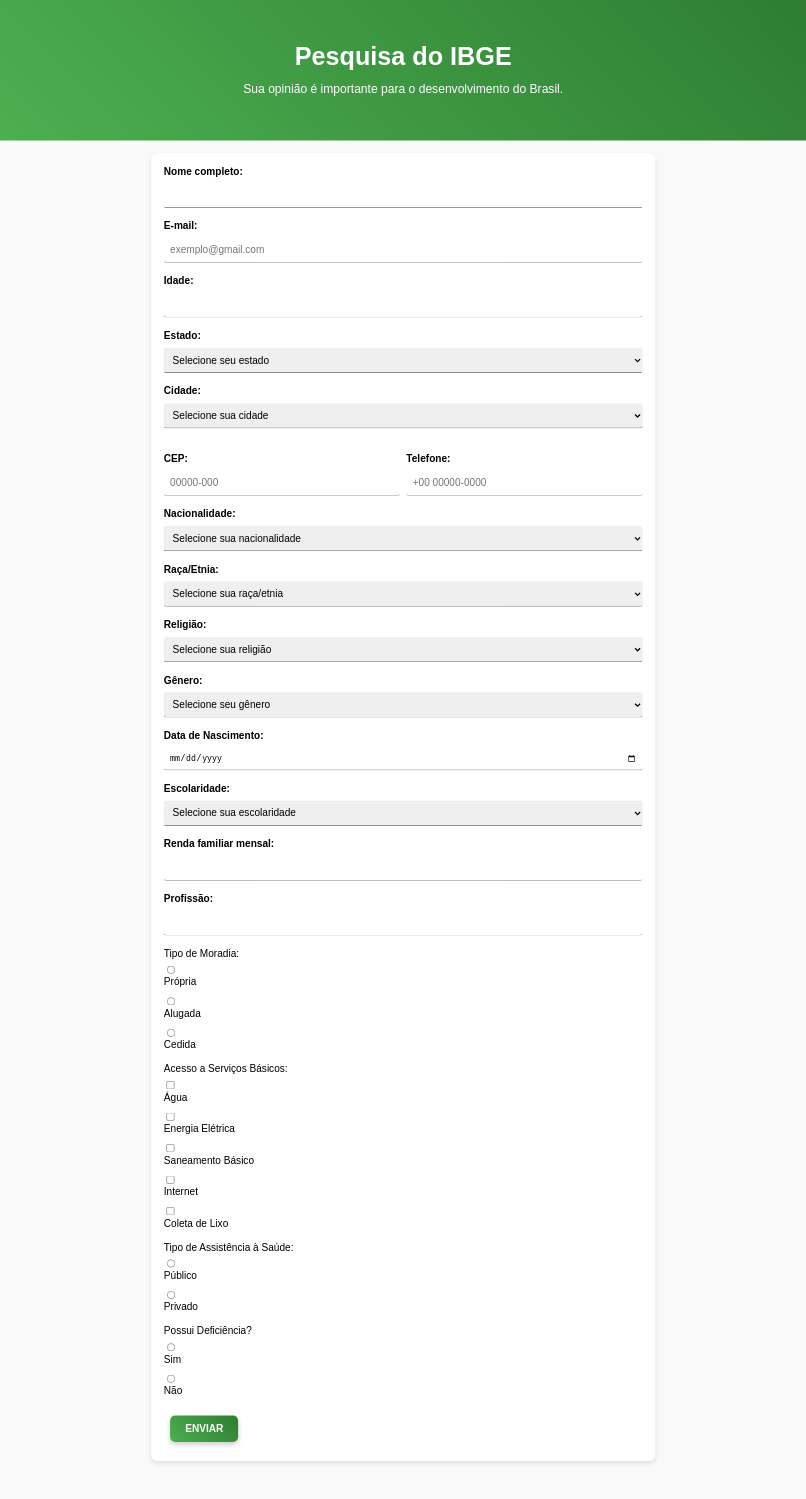
Repository: Gabrielb0rn/Projeto-Formul-rio.io
Page: index.html
These files come from the project's save history. The page is drawn as it stood at one moment and after the next save; the edit follows.
The browser window is 1280 px wide. The pictures show the whole page, at 63% of full size.

Above is the page before, as saved 2024-07-01 08:47:12.

### index.html
<!DOCTYPE html>
<html lang="pt-BR">
<head>
    <meta charset="UTF-8">
    <meta name="viewport" content="width=device-width, initial-scale=1.0">
    <title>Pesquisa do IBGE</title>
    <link rel="stylesheet" href="assets/style.css">
</head>
<body>
    <header>
        <div class="container">
            <h1>Pesquisa do IBGE</h1>
            <p>Sua opinião é importante para o desenvolvimento do Brasil.</p>
        </div>
    </header>
    <main>
        <div class="container">
            <form id="form">
                <div class="form-group">
                    <label for="nome">Nome completo:</label>
                    <input type="text" id="nome" name="nome" required>
                </div>
                <div class="form-group">
                    <label for="email">E-mail:</label>
                    <input type="email" id="email" name="email" required placeholder="exemplo@gmail.com">
                </div>
                <div class="form-group">
                    <label for="idade">Idade:</label>
                    <input type="number" id="idade" name="idade" required>
                </div>
                <div class="form-group">
                    <label for="estado">Estado:</label>
                    <select id="estado" name="estado" required>
                        <option value="">Selecione seu estado</option>
                        <option value="AC">Acre</option>
                        <option value="AL">Alagoas</option>
                        <option value="AP">Amapá</option>
                        <option value="AM">Amazonas</option>
                        <option value="BA">Bahia</option>
                        <option value="CE">Ceará</option>
                        <option value="DF">Distrito Federal</option>
                        <option value="ES">Espírito Santo</option>
                        <option value="GO">Goiás</option>
                        <option value="MA">Maranhão</option>
                        <option value="MG">Minas Gerais</option>
                        <option value="MS">Mato Grosso do Sul</option>
                        <option value="MT">Mato Grosso</option>
                        <option value="PA">Pará</option>
                        <option value="PB">Paraíba</option>
                        <option value="PE">Pernambuco</option>
                        <option value="PI">Piauí</option>
                        <option value="PR">Paraná</option>
                        <option value="RJ">Rio de Janeiro</option>
                        <option value="RN">Rio Grande do Norte</option>
                        <option value="RO">Rondônia</option>
                        <option value="RR">Roraima</option>
                        <option value="RS">Rio Grande do Sul</option>
                        <option value="SC">Santa Catarina</option>
                        <option value="SE">Sergipe</option>
                        <option value="SP">São Paulo</option>
                        <option value="TO">Tocantins</option>
                    </select>
                </div>
                <div class="form-group inline-group">
                    <div class="form-group">
                        <label for="cidade">Cidade:</label>
                        <select id="cidade" name="cidade" required>
                            <option value="">Selecione sua cidade</option>
                        </select>
                    </div>
                </div>
                <div class="form-group inline-group">
                    <div>
                        <label for="cep">CEP:</label>
                        <input type="text" id="cep" name="cep" required placeholder="00000-000">
                    </div>
                    <div>
                        <label for="telefone">Telefone:</label>
                        <input type="tel" id="telefone" name="telefone" required placeholder="+00 00000-0000">
                    </div>
                </div>
                <div class="form-group">
                    <label for="nacionalidade">Nacionalidade:</label>
                    <select id="nacionalidade" name="nacionalidade" required>
                        <option value="">Selecione sua nacionalidade</option>
                        <option value="Brasileiro">Brasileiro</option>
                        <option value="Estrangeiro">Estrangeiro</option>
                    </select>
                </div>
                <div class="form-group">
                    <label for="raca">Raça/Etnia:</label>
                    <select id="raca" name="raca" required>
                        <option value="">Selecione sua raça/etnia</option>
                        <option value="Branca"></option>
                        <option value="Preta"></option>
                        <option value="Parda"></option>
                        <option value="Amarela"></option>
                        <option value="Indígena"></option>
                        <option value="Alien"></option>
                    </select>
                </div>
                <div class="form-group">
                    <label for="religiao">Religião:</label>
                    <select id="religiao" name="religiao" required>
                        <option value="">Selecione sua religião</option>
                        <option value="Católica"></option>
                        <option value="Evangélica"></option>
                        <option value="Espírita"></option>
                        <option value="Outras"></option>
                    </select>
                </div>
                <div class="form-group">
                    <label for="genero">Gênero:</label>
                    <select id="genero" name="genero" required>
                        <option value="">Selecione seu gênero</option>
                        <option value="Masculino">Masculino</option>
                        <option value="Feminino">Feminino</option>
                        <option value="Outro">Outro</option>
                    </select>
                </div>
                <div class="form-group">
                    <label for="data_nascimento">Data de Nascimento:</label>
                    <input type="date" id="data_nascimento" name="data_nascimento" required>
                </div>
                <div class="form-group">
                    <label for="escolaridade">Escolaridade:</label>
                    <select id="escolaridade" name="escolaridade" required>
                        <option value="">Selecione sua escolaridade</option>
                        <option value="Ensino Fundamental Incompleto">Ensino Fundamental Incompleto</option>
                        <option value="Ensino Fundamental Completo">Ensino Fundamental Completo</option>
                        <option value="Ensino Médio Incompleto">Ensino Médio Incompleto</option>
                        <option value="Ensino Médio Completo">Ensino Médio Completo</option>
                        <option value="Superior Incompleto">Superior Incompleto</option>
                        <option value="Superior Completo">Superior Completo</option>
                        <option value="Pós-Graduação">Pós-Graduação</option>
                    </select>
                </div>
                <div class="form-group">
                    <label for="renda">Renda familiar mensal:</label>
                    <input type="number" id="renda" name="renda" required>
                </div>
                <div class="form-group">
                    <label for="profissao">Profissão:</label>
                    <input type="text" id="profissao" name="profissao">
                </div>
                <div class="form-group radio-group">
                    <label>Tipo de Moradia:</label>
                    <div>
                        <input type="radio" id="propria" name="moradia" value="propria">
                        <label for="propria">Própria</label>
                    </div>
                    <div>
                        <input type="radio" id="alugada" name="moradia" value="alugada">
                        <label for="alugada">Alugada</label>
                    </div>
                    <div>
                        <input type="radio" id="cedida" name="moradia" value="cedida">
                        <label for="cedida">Cedida</label>
                    </div>
                </div>
                <div class="form-group checkbox-group">
                    <label>Acesso a Serviços Básicos:</label>
                    <div>
                        <input type="checkbox" id="agua" name="servicos" value="agua">
                        <label for="agua">Água</label>
                    </div>
                    <div>
                        <input type="checkbox" id="energia" name="servicos" value="energia">
                        <label for="energia">Energia Elétrica</label>
                    </div>
                    <div>
                        <input type="checkbox" id="saneamento" name="servicos" value="saneamento">
                        <label for="saneamento">Saneamento Básico</label>
                    </div>
                    <div>
                        <input type="checkbox" id="internet" name="servicos" value="internet">
                        <label for="internet">Internet</label>
                    </div>
                    <div>
                        <input type="checkbox" id="coleta" name="servicos" value="coleta">
                        <label for="coleta">Coleta de Lixo</label>
                    </div>
                </div>
                <div class="form-group radio-group">
                    <label>Tipo de Assistência à Saúde:</label>
                    <div>
                        <input type="radio" id="publico" name="saude" value="publico">
                        <label for="publico">Público</label>
                    </div>
                    <div>
                        <input type="radio" id="privado" name="saude" value="privado">
                        <label for="privado">Privado</label>
                    </div>
                </div>
                <div class="form-group radio-group">
                    <label>Possui Deficiência?</label>
                    <div>
                        <input type="radio" id="sim" name="deficiencia" value="sim">
                        <label for="sim">Sim</label>
                    </div>
                    <div>
                        <input type="radio" id="nao" name="deficiencia" value="nao">
                        <label for="nao">Não</label>
                    </div>
                </div>
                <button type="submit" class="btn">Enviar</button>
            </form>
        </div>
    </main>
    <script src="assets\scripts.js"></script>
</body>
</html>

### assets/style.css
/* Estilos Globais */
body {
    font-family: 'Arial', sans-serif;
    margin: 0;
    padding: 0;
    background-color: #f9f9f9;
}

header {
    background: linear-gradient(45deg, #4CAF50, #2E7D32);
    color: white;
    padding: 20px 0;
    text-align: center;
}

.container {
    width: 90%;
    max-width: 800px;
    margin: 0 auto;
    padding: 20px;
}

/* Estilos de Texto */
h1 {
    font-size: 2.5em;
    margin-bottom: 10px;
}

p {
    font-size: 1.2em;
    margin-bottom: 30px;
}

/* Estilos do Formulário */
form {
    background-color: white;
    padding: 20px;
    border-radius: 10px;
    box-shadow: 0 4px 8px rgba(0, 0, 0, 0.1);
    margin-bottom: 40px;
}

.form-group {
    margin-bottom: 20px;
}

label {
    display: block;
    margin-bottom: 5px;
    font-weight: bold;
}

input, select {
    width: 100%;
    padding: 10px;
    border: 1px solid #ddd;
    border-radius: 4px;
    box-sizing: border-box;
    font-size: 1em;
    margin-top: 5px;
    border:none;
    border-bottom: solid 1px #666;
    outline:none;
}

input[type="radio"], input[type="checkbox"] {
    width: auto;
    margin-right: 10px;
}

input[type="date"] {
    padding: 9px;
}

button {
    background: linear-gradient(45deg, #4CAF50, #2E7D32);
    color: white;
    border: none;
    padding: 15px 30px;
    text-align: center;
    cursor: pointer;
    border-radius: 5px;
    font-size: 1.2em;
    margin-top: 20px;
    transition: background 0.3s ease, transform 0.2s ease;
    box-shadow: 0 4px 8px rgba(0, 0, 0, 0.1);
}

button:hover {
    background: linear-gradient(45deg, #45a049, #388E3C);
    transform: translateY(-2px);
}

/* Estilos Responsivos */
@media (max-width: 600px) {
    h1 {
        font-size: 2em;
    }

    p {
        font-size: 1em;
    }

    form {
        padding: 15px;
    }

    button {
        width: 100%;
        padding: 15px;
    }
}

.btn {
    display: inline-block;
    padding: 12px 24px;
    font-size: 1em;
    font-weight: bold;
    text-transform: uppercase;
    text-decoration: none;
    color: white;
    background: linear-gradient(45deg, #4CAF50, #2E7D32);
    border: none;
    border-radius: 8px;
    box-shadow: 0 4px 8px rgba(0, 0, 0, 0.2);
    cursor: pointer;
    transition: all 0.3s ease;
    margin: 10px;
}

.btn:hover {
    background: linear-gradient(45deg, #45a049, #388E3C);
    transform: translateY(-2px);
    box-shadow: 0 6px 12px rgba(0, 0, 0, 0.3);
}

.btn:active {
    transform: translateY(0);
    box-shadow: 0 4px 8px rgba(0, 0, 0, 0.2);
}

/* Estilos de Grupo de Inputs */
.form-group.inline-group {
    display: flex;
    flex-wrap: wrap;
    justify-content: space-between;
}

.form-group.inline-group > div {
    flex: 1;
    min-width: 45%;
}

.form-group.inline-group > div:not(:last-child) {
    margin-right: 10px;
}

/* Estilos de Serviços Básicos e Tipo de Moradia */
.form-group.checkbox-group, .form-group.radio-group {
    display: fixed;
    flex-wrap: wrap;
}

.form-group.checkbox-group > div, .form-group.radio-group > div {
    flex: 1;
    min-width: 45%;
    margin-bottom: 10px;
}

.form-group.checkbox-group label, .form-group.radio-group label {
    font-weight: normal;
}

### assets/scripts.js
document.addEventListener('DOMContentLoaded', function() {
    const estadoSelect = document.getElementById('estado');
    const cidadeSelect = document.getElementById('cidade');

    const cidadesPorEstado = {
        "AC": ["Rio Branco", "Cruzeiro do Sul", "Sena Madureira"],
        "AL": ["Maceió", "Arapiraca", "Palmeira dos Índios"],
        "AP": ["Macapá", "Santana", "Laranjal do Jari"],
        "AM": ["Manaus", "Parintins", "Itacoatiara"],
        "BA": ["Salvador", "Feira de Santana", "Vitória da Conquista"],
        "CE": ["Fortaleza", "Caucaia", "Juazeiro do Norte"],
        "DF": ["Brasília"],
        "ES": ["Vitória", "Vila Velha", "Serra"],
        "GO": ["Goiânia", "Aparecida de Goiânia", "Anápolis"],
        "MA": ["São Luís", "Imperatriz", "Timon"],
        "MG": ["Belo Horizonte", "Uberlândia", "Contagem"],
        "MS": ["Campo Grande", "Dourados", "Três Lagoas"],
        "MT": ["Cuiabá", "Várzea Grande", "Rondonópolis"],
        "PA": ["Belém", "Ananindeua", "Santarém"],
        "PB": ["João Pessoa", "Campina Grande", "Santa Rita"],
        "PE": ["Recife", "Jaboatão dos Guararapes", "Olinda"],
        "PI": ["Teresina", "Parnaíba", "Picos"],
        "PR": ["Curitiba", "Londrina", "Maringá"],
        "RJ": ["Rio de Janeiro", "Niterói", "Duque de Caxias"],
        "RN": ["Natal", "Mossoró", "Parnamirim"],
        "RO": ["Porto Velho", "Ji-Paraná", "Ariquemes"],
        "RR": ["Boa Vista", "Rorainópolis", "Caracaraí"],
        "RS": ["Porto Alegre", "Caxias do Sul", "Pelotas"],
        "SC": ["Florianópolis", "Joinville", "Blumenau"],
        "SE": ["Aracaju", "Nossa Senhora do Socorro", "Lagarto"],
        "SP": ["São Paulo", "Campinas", "São Bernardo do Campo"],
        "TO": ["Palmas", "Araguaína", "Gurupi"]
    };

    estadoSelect.addEventListener('change', function() {
        const estadoSelecionado = estadoSelect.value;
        cidadeSelect.innerHTML = '<option value="">Selecione sua cidade</option>'; //Script para limpar as outras opc

        if (estadoSelecionado) {
            const cidades = cidadesPorEstado[estadoSelecionado];
            cidades.forEach(function(cidade) {
                const option = document.createElement('option');
                option.value = cidade;
                option.textContent = cidade;
                cidadeSelect.appendChild(option);
            });
        }
    });
});

After the next save:
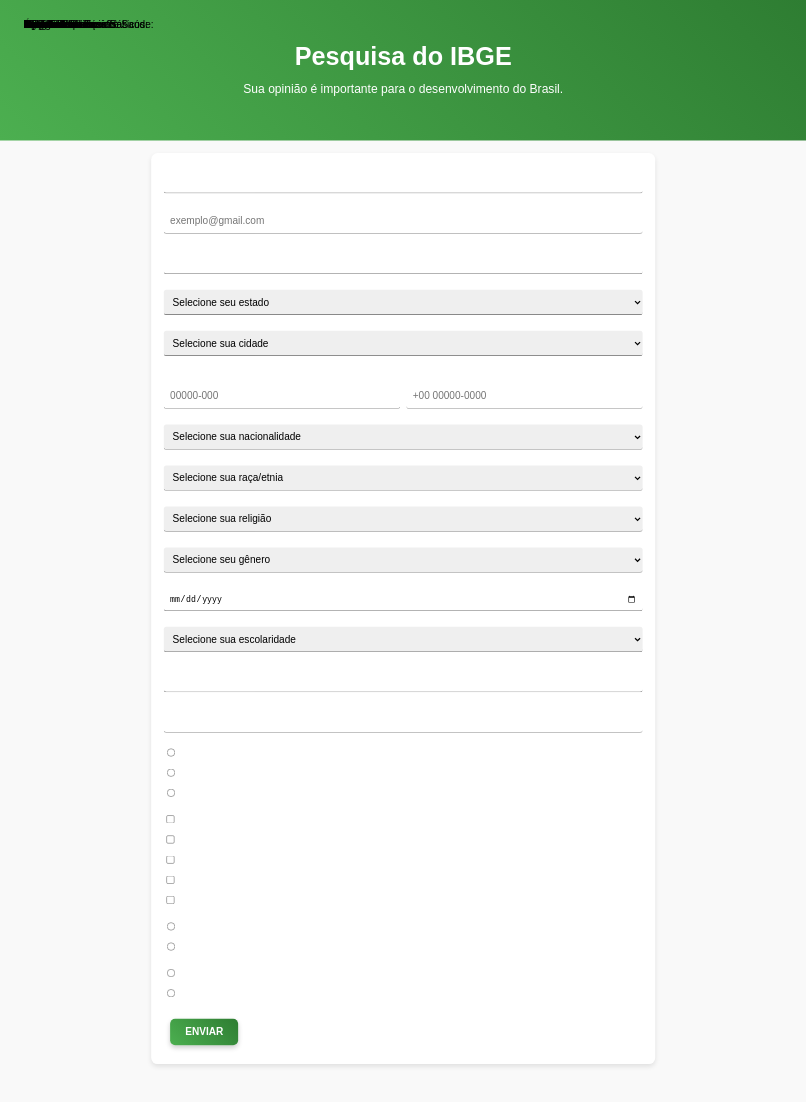
Saved 17 s later.
--- a/assets/style.css
+++ b/assets/style.css
@@ -45,9 +45,10 @@
 }
 
 label {
-    display: block;
-    margin-bottom: 5px;
-    font-weight: bold;
+    position: absolute;
+    top:30px;
+    left:38px;
+    transition: 0.3s;
 }
 
 input, select {
